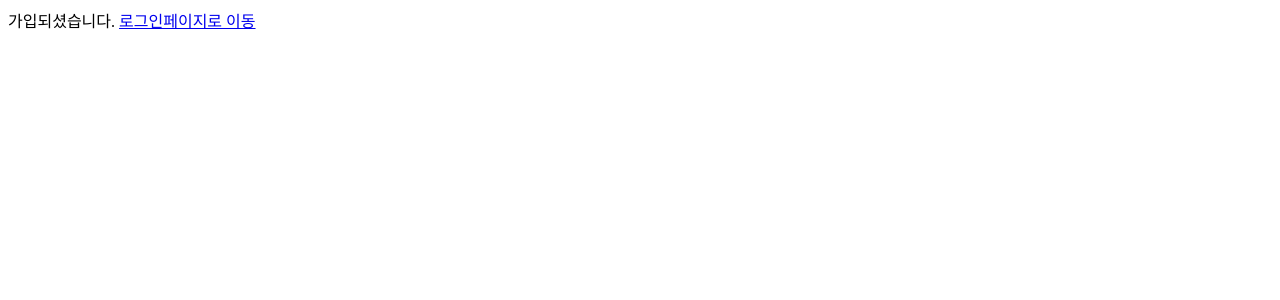
Repository: wake45/Web_Programming_Project
Page: http://localhost/WebP/regist.jsp
An editor plug-in stored every save of this project. The page is shown before and after the next save, followed by the edit.
The browser window is 1280 px wide. The pictures show the whole page.
The page is served by Tomcat 9.

Above is the page before, as saved 2018-06-17 15:12:43.

After the next save:
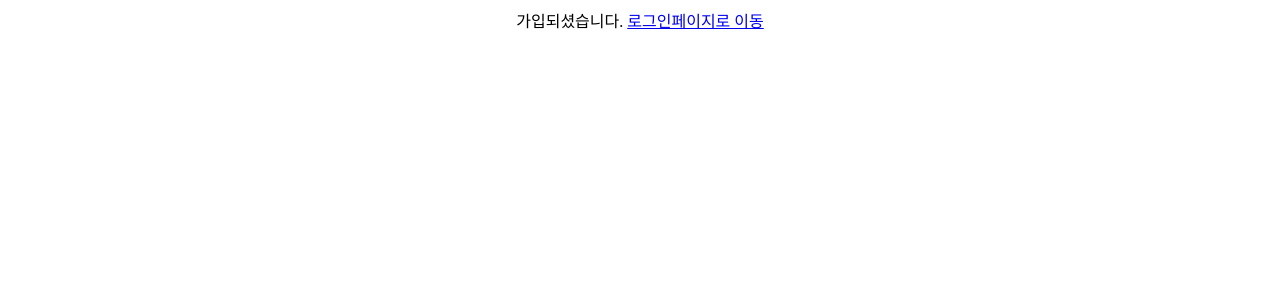
Saved 1 s later.
--- a/Web_기말프로젝트_20145150_이상욱/WebP/WebContent/regist.jsp
+++ b/Web_기말프로젝트_20145150_이상욱/WebP/WebContent/regist.jsp
@@ -13,11 +13,13 @@
 
 <%
 	if(dbconnect.insertMember(regist)){
+		out.print("<center>");
 		out.println("가입되셨습니다.");
 		session.setAttribute("regist","success");
-		out.print("<a href=login.html>로그인페이지로 이동</a>");
+		out.println("<a href=login.html>로그인페이지로 이동</a>");
 	}
 	else{
+		out.print("<center>");
 		out.print("가입되지 않았습니다.");
 		out.print("<a href=regist.html>회원가입페이지로 이동</a>");
 	}
